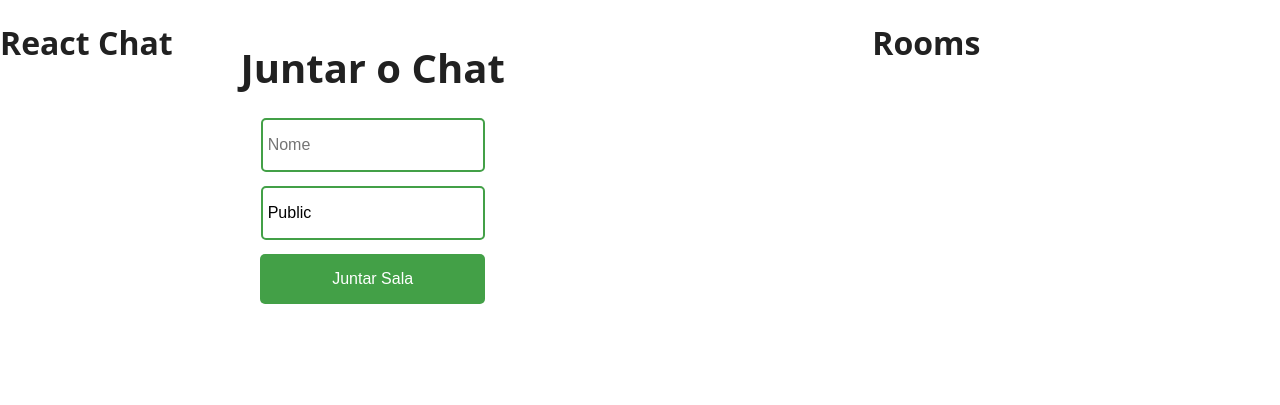
Repository: hierotsu/chat-rooms-react-
Page: / (app in client/)
An editor plug-in stored every save of this project. The page is shown before and after the next save, followed by the edit.
The browser window is 1280 px wide. The pictures show the whole page.
The page's requests for data from a server got no answer. The project was rebuilt for these pictures with package versions that can differ from the ones it lists, and the page was loaded fresh each time. No one was signed in, and anything a server would have sent is missing. Also part of the build but not shown: client/src/components/User.js, client/src/components/Chat.js.

Above is the page before, as saved 2022-02-02 16:09:57.

After the next save:
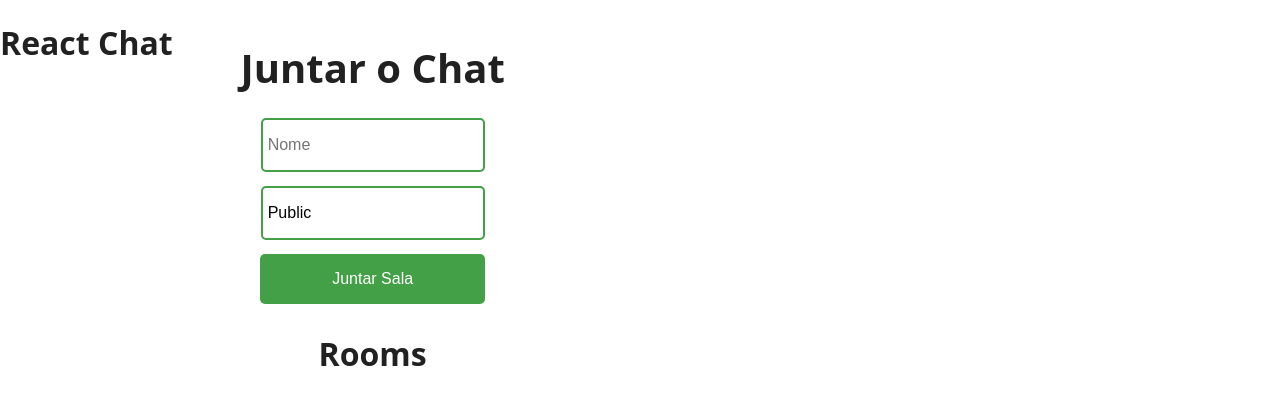
Saved 48 s later.
--- a/client/src/App.js
+++ b/client/src/App.js
@@ -45,19 +45,22 @@ function App() {
   return (
     <div className="App">
       <h1>React Chat</h1>
-      {!showChat ?
-        <>
-          <div className="joinChatContainer">
-            <h3>Juntar o Chat</h3>
-            <input type="text" placeholder='Nome' onKeyPress={e => { e.key === 'Enter' && e.target.value !== '' && joinRoom() }} onChange={e => setUsername(e.target.value)} />
-            <input type="text" placeholder='Sala' onKeyPress={e => { e.key === 'Enter' && e.target.value !== '' && joinRoom() }} onChange={e => setRoom(e.target.value)} defaultValue="Public" />
-            <button onClick={joinRoom} disabled={joinButtonDisabled}>Juntar Sala</button>
-          </div>
-          <Rooms socket={socket} joinRoom={joinRoom} />
-        </>
-        :
-        <Chat socket={socket} username={username} room={room} onClose={logoutHandle} />
-      }
+      <div className="chat-ini-container">
+
+        {!showChat ?
+          <>
+            <div className="joinChatContainer">
+              <h3>Juntar o Chat</h3>
+              <input type="text" placeholder='Nome' onKeyPress={e => { e.key === 'Enter' && e.target.value !== '' && joinRoom() }} onChange={e => setUsername(e.target.value)} />
+              <input type="text" placeholder='Sala' onKeyPress={e => { e.key === 'Enter' && e.target.value !== '' && joinRoom() }} onChange={e => setRoom(e.target.value)} defaultValue="Public" />
+              <button onClick={joinRoom} disabled={joinButtonDisabled}>Juntar Sala</button>
+            </div>
+            <Rooms socket={socket} joinRoom={joinRoom} />
+          </>
+          :
+          <Chat socket={socket} username={username} room={room} onClose={logoutHandle} />
+        }
+      </div>
     </div>
   );
 }
